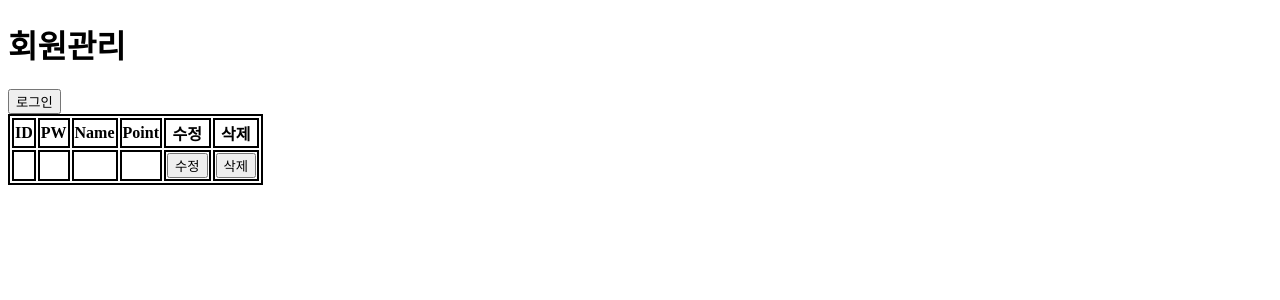
Repository: euniiee/test11
Page: http://localhost/Project/memList.jsp
These files come from the project's save history. The page is drawn as it stood at one moment and after the next save; the edit follows.
The browser window is 1280 px wide. The pictures show the whole page.
The page is served by Tomcat 9. Other server files are loaded and not shown.

Above is the page before, as saved 2023-02-01 01:41:02.

### Project/WebContent/memList.jsp
<%@ page language="java" contentType="text/html; charset=UTF-8"
    pageEncoding="UTF-8"%>
<!DOCTYPE html>
<html>
<head>
<meta charset="UTF-8">
<title>Insert title here</title>
<style>
	table, th, td {
		border: 2px solid black;
	}
</style>
</head>
<body>
	<div>
		<h1>회원관리</h1>
		<input type="button" value="로그인">
	</div>
	<table>
			<tr>
				<th>ID</th>
				<th>PW</th>
				<th>Name</th>
				<th>Point</th>
				<th>수정</th>
				<th>삭제</th>
			</tr>
			<tr>
				<td></td>
				<td></td>
				<td></td>
				<td></td>
				<td><input type="button" value="수정"></td>
				<td><input type="button" value="삭제"></td>
			</tr>

		</table>


</body>
</html>

After the next save:
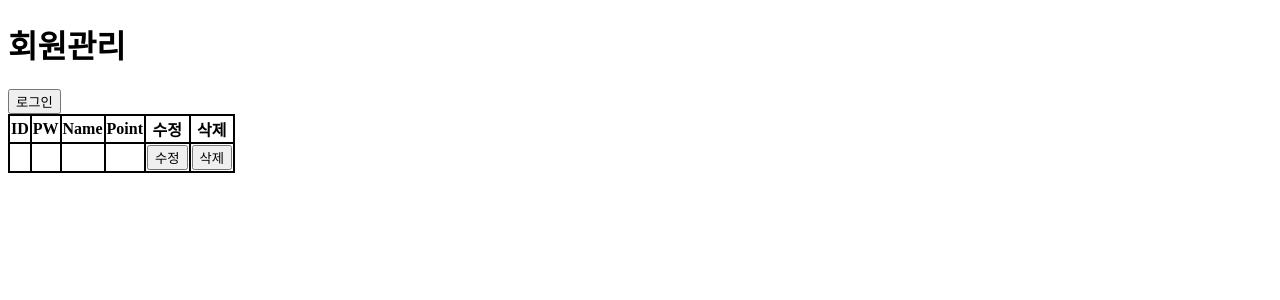
Saved 36 s later.
--- a/Project/WebContent/memList.jsp
+++ b/Project/WebContent/memList.jsp
@@ -6,6 +6,9 @@
 <meta charset="UTF-8">
 <title>Insert title here</title>
 <style>
+	table {
+		border-collapse : collapse;
+	}
 	table, th, td {
 		border: 2px solid black;
 	}
